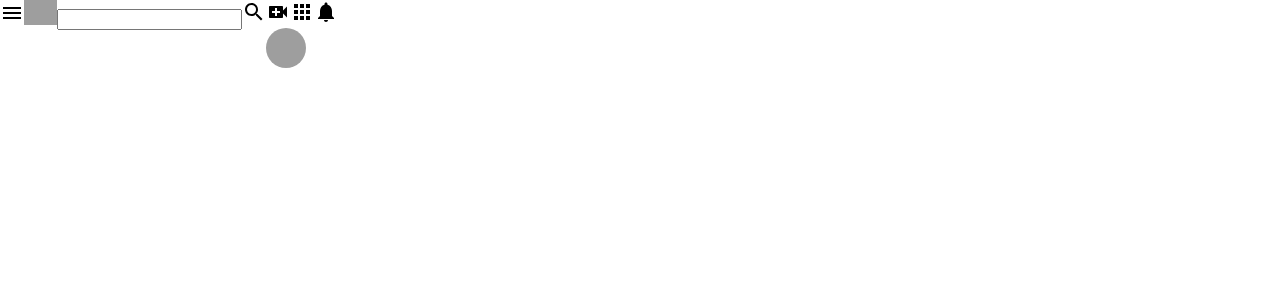
Repository: SubhashiniSundaresan/youtube-clone
Page: /
These files come from the project's save history. The page is drawn as it stood at one moment and after the next save; the edit follows.
The browser window is 1280 px wide. The pictures show the whole page.
Pictures or frames that could not be fetched are drawn as grey boxes. The project was rebuilt for these pictures with package versions that can differ from the ones it lists, and the page was loaded fresh each time. Also part of the build but not shown: src/App.css.

Above is the page before, as saved 2020-12-23 14:37:27.

After the next save:
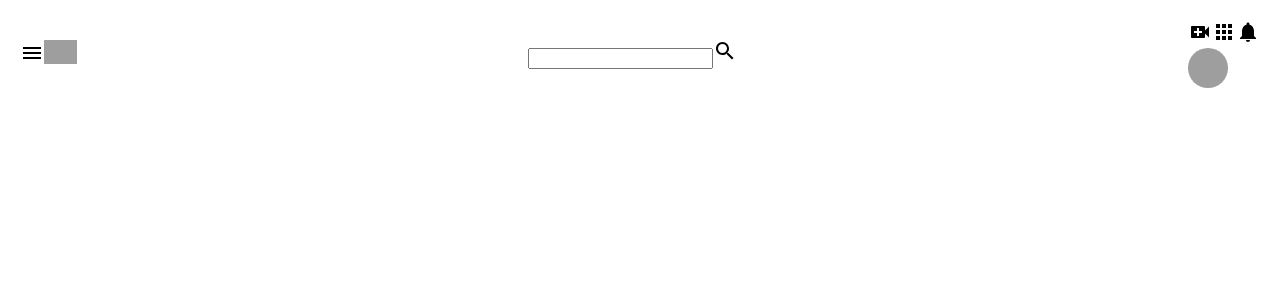
Saved 44 s later.
--- a/src/Header.css
+++ b/src/Header.css
@@ -1,6 +1,8 @@
 .header {
     display: flex;
-
+align-items: center;
+justify-content: space-between;
+padding: 20px;
 }
 
 .header__logo {
